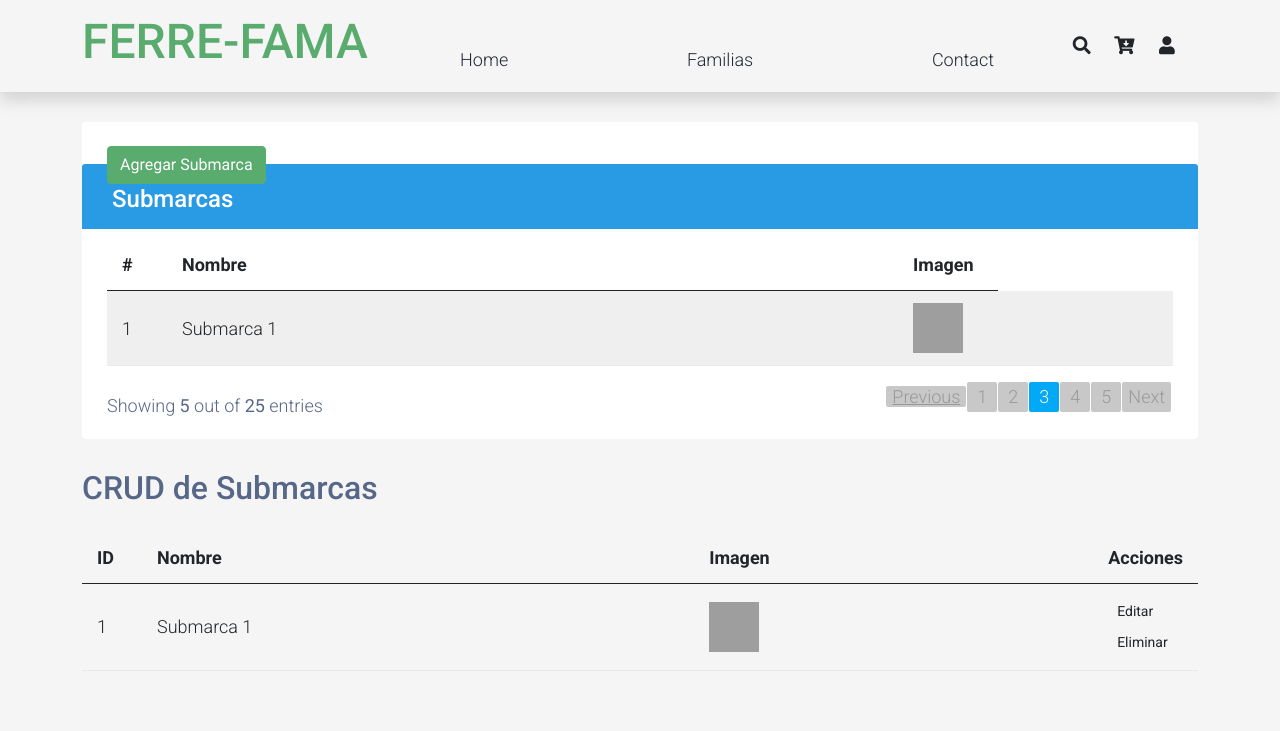
Repository: Yaqode/front-fama
Page: http://localhost/multimedia/Views/marcas.php
An editor plug-in stored every save of this project. The page is shown before and after a run of saves, followed by the edit.
The browser window is 1280 px wide. The pictures show the whole page.
Pictures or frames that could not be fetched are drawn as grey boxes. The page is run by PHP 8.4 with error messages shown; the project is at /var/www/html/.

Above is the page before, as saved 2023-12-07 11:15:50.

### Views/marcas.php
<!DOCTYPE html>
<html lang="es">

<head>
    <meta charset="UTF-8">
    <meta name="viewport" content="width=device-width, initial-scale=1.0">
    <title>Marcas</title>
    <link rel="apple-touch-icon" href="img/apple-icon.png">
    <link rel="shortcut icon" type="image/x-icon" href="img/favicon.ico">
    <link rel="stylesheet" href="./../css/bootstrap.min.css">
    <link rel="stylesheet" href="./../css/templatemo.css">
    <link rel="stylesheet" href="./../css/style.css">
    <!-- Load fonts style after rendering the layout styles -->
    <link rel="stylesheet"
        href="https://fonts.googleapis.com/css2?family=Roboto:wght@100;200;300;400;500;700;900&display=swap">
    <link rel="stylesheet" href="./../css/fontawesome.min.css">

</head>

<style>
    body {
        color: #566787;
        background: #f5f5f5;
        font-family: 'Varela Round', sans-serif;
        font-size: 13px;
    }
    .table-responsive {
        margin: 30px 0;
    }
    .table-wrapper {
        min-width: 1000px;
        background: #fff;
        padding: 20px 25px;
        border-radius: 3px;
        box-shadow: 0 1px 1px rgba(0,0,0,.05);
    }
    .table-title {
        padding-bottom: 15px;
        background: #299be4;
        color: #fff;
        padding: 16px 30px;
        margin: -20px -25px 10px;
        border-radius: 3px 3px 0 0;
    }
    .table-title h2 {
        margin: 5px 0 0;
        font-size: 24px;
    }
    .table-title .btn {
        color: #566787;
        float: right;
        font-size: 13px;
        background: #fff;
        border: none;
        min-width: 50px;
        border-radius: 2px;
        border: none;
        outline: none !important;
        margin-left: 10px;
    }
    .table-title .btn:hover, .table-title .btn:focus {
        color: #566787;
        background: #f2f2f2;
    }
    .table-title .btn i {
        float: left;
        font-size: 21px;
        margin-right: 5px;
    }
    .table-title .btn span {
        float: left;
        margin-top: 2px;
    }
    table.table tr th, table.table tr td {
        border-color: #e9e9e9;
        padding: 12px 15px;
        vertical-align: middle;
    }
    table.table tr th:first-child {
        width: 60px;
    }
    table.table tr th:last-child {
        width: 100px;
    }
    table.table-striped tbody tr:nth-of-type(odd) {
        background-color: #fcfcfc;
    }
    table.table-striped.table-hover tbody tr:hover {
        background: #f5f5f5;
    }
    table.table th i {
        font-size: 13px;
        margin: 0 5px;
        cursor: pointer;
    }
    table.table td:last-child i {
        opacity: 0.9;
        font-size: 22px;
        margin: 0 5px;
    }
    table.table td a {
        font-weight: bold;
        color: #566787;
        display: inline-block;
        text-decoration: none;
    }
    table.table td a:hover {
        color: #2196F3;
    }
    table.table td a.settings {
        color: #2196F3;
    }
    table.table td a.delete {
        color: #F44336;
    }
    table.table td i {
        font-size: 19px;
    }
    table.table .avatar {
        border-radius: 50%;
        vertical-align: middle;
        margin-right: 10px;
    }
    .status {
        font-size: 30px;
        margin: 2px 2px 0 0;
        display: inline-block;
        vertical-align: middle;
        line-height: 10px;
    }
    .text-success {
        color: #10c469;
    }
    .text-info {
        color: #62c9e8;
    }
    .text-warning {
        color: #FFC107;
    }
    .text-danger {
        color: #ff5b5b;
    }
    .pagination {
        float: right;
        margin: 0 0 5px;
    }
    .pagination li a {
        border: none;
        font-size: 13px;
        min-width: 30px;
        min-height: 30px;
        color: #999;
        margin: 0 2px;
        line-height: 30px;
        border-radius: 2px !important;
        text-align: center;
        padding: 0 6px;
    }
    .pagination li a:hover {
        color: #666;
    }
    .pagination li.active a, .pagination li.active a.page-link {
        background: #03A9F4;
    }
    .pagination li.active a:hover {
        background: #0397d6;
    }
    .pagination li.disabled i {
        color: #ccc;
    }
    .pagination li i {
        font-size: 16px;
        padding-top: 6px
    }
    .hint-text {
        float: left;
        margin-top: 10px;
        font-size: 13px;
    }
</style>

<!-- Header -->
<nav class="navbar navbar-expand-lg navbar-light shadow">
    <div class="container d-flex justify-content-between align-items-center">

        <a class="navbar-brand text-success logo h1 align-self-center" href="index.html">
            FERRE-FAMA
        </a>

        <button class="navbar-toggler border-0" type="button" data-bs-toggle="collapse"
            data-bs-target="#templatemo_main_nav" aria-controls="navbarSupportedContent" aria-expanded="false"
            aria-label="Toggle navigation">
            <span class="navbar-toggler-icon"></span>
        </button>

        <div class="align-self-center collapse navbar-collapse flex-fill  d-lg-flex justify-content-lg-between"
            id="templatemo_main_nav">
            <div class="flex-fill">
                <ul class="nav navbar-nav d-flex justify-content-between mx-lg-auto">
                    <li class="nav-item">
                        <a class="nav-link" href="">Home</a>
                    </li>
                    <li class="nav-item">
                        <a class="nav-link" href="">Familias</a>
                    </li>
                    <li class="nav-item">
                        <a class="nav-link" href="">Contact</a>
                    </li>
                </ul>
            </div>
            <div class="navbar align-self-center d-flex">
                <div class="d-lg-none flex-sm-fill mt-3 mb-4 col-7 col-sm-auto pr-3">
                    <div class="input-group">
                        <input type="text" class="form-control" id="inputMobileSearch" placeholder="Search ...">
                        <div class="input-group-text">
                            <i class="fa fa-fw fa-search"></i>
                        </div>
                    </div>
                </div>
                <a class="nav-icon d-none d-lg-inline" href="#" data-bs-toggle="modal"
                    data-bs-target="#templatemo_search">
                    <i class="fa fa-fw fa-search text-dark mr-2"></i>
                </a>
                <a class="nav-icon position-relative text-decoration-none" href="">
                    <i class="fa fa-fw fa-cart-arrow-down text-dark mr-1"></i>
                    <span
                        class="position-absolute top-0 left-100 translate-middle badge rounded-pill bg-light text-dark"></span>
                </a>
                <a class="nav-icon position-relative text-decoration-none" href="Views/login.php">
                    <i class="fa fa-fw fa-user text-dark mr-3"></i>
                    <span
                        class="position-absolute top-0 left-100 translate-middle badge rounded-pill bg-light text-dark"></span>
                </a>
            </div>
        </div>

    </div>
</nav>
<!-- Close Header -->


<div class="container-xl">
    <div class="table-responsive">
        <div class="table-wrapper">
            <!-- Botón para abrir el modal de agregar submarca -->
            <button type="button" class="btn btn-success text-white mt-1" data-bs-toggle="modal"
                data-bs-target="#modalSubmarca">
                Agregar Submarca
            </button>
            <div class="table-title">

                <div class="row">
                    <div class="col-sm-5">
                        <h2>Submarcas</h2>
                    </div>
                </div>
            </div>
            <table class="table table-striped table-hover">
                <thead>
                    <tr>
                        <th>#</th>
                        <th>Nombre</th>
                        <th>Imagen</th>
                    </tr>
                </thead>
                <tbody>
                    <tr>
                        <td>1</td>
                        <td>Submarca 1</td>
                        <!-- La columna de la imagen puede contener una etiqueta img -->
                        <td><img src="ruta_de_la_imagen/submarca1.jpg" alt="" style="width: 50px; height: 50px;"></td>
                        <td>
                    </tr>

                </tbody>
            </table>
            <div class="clearfix">
                <div class="hint-text">Showing <b>5</b> out of <b>25</b> entries</div>
                <ul class="pagination">
                    <li class="page-item disabled"><a href="#">Previous</a></li>
                    <li class="page-item"><a href="#" class="page-link">1</a></li>
                    <li class="page-item"><a href="#" class="page-link">2</a></li>
                    <li class="page-item active"><a href="#" class="page-link">3</a></li>
                    <li class="page-item"><a href="#" class="page-link">4</a></li>
                    <li class="page-item"><a href="#" class="page-link">5</a></li>
                    <li class="page-item"><a href="#" class="page-link">Next</a></li>
                </ul>
            </div>
        </div>
    </div>
</div>


<div class="container">
    <h2 class="mb-4">CRUD de Submarcas</h2>



    <!-- Tabla para mostrar las submarcas -->
    <table class="table">
        <thead>
            <tr>
                <th>ID</th>
                <th>Nombre</th>
                <th>Imagen</th>
                <th>Acciones</th>
            </tr>
        </thead>
        <tbody>
            <!-- Aquí se agregarán las filas de submarcas dinámicamente desde el servidor -->
            <tr>
                <td>1</td>
                <td>Submarca 1</td>
                <!-- La columna de la imagen puede contener una etiqueta img -->
                <td><img src="ruta_de_la_imagen/submarca1.jpg" alt="" style="width: 50px; height: 50px;"></td>
                <td>
                    <!-- Botones para editar y eliminar cada submarca -->
                    <button type="button" class="btn btn-editar btn-sm" data-toggle="modal"
                        data-target="#modalEditarSubmarca">
                        Editar
                    </button>
                    <button type="button" class="btn btn-eliminar btn-sm" data-toggle="modal"
                        data-target="#modalEliminarSubmarca">
                        Eliminar
                    </button>
                </td>
            </tr>
        </tbody>
    </table>
</div>

<!-- Modal para agregar submarca -->
<div class="modal fade" id="modalSubmarca" tabindex="-1" aria-labelledby="exampleModalLabel" aria-hidden="true">
    <div class="modal-dialog modal-lg">
        <div class="modal-content">
            <div class="modal-header">
                <h1 class="modal-title fs-5" id="exampleModalLabel">Agregar Submarca</h1>
                <button type="button" class="btn-close" data-bs-dismiss="modal" aria-label="Close"></button>
            </div>
            <div class="modal-body">
                <!-- Formulario para agregar submarca -->
                <form id="submarcaForm">
                    <div class="mb-3 d-flex justify-content-center align-items-center">
                        <label for="marcaSelect" class="form-label me-3">Marca:</label>
                        <select class="form-select me-3" id="marcaSelect" required>
                            <option value="marca1">Marca 1</option>
                            <option value="marca2">Marca 2</option>
                            <!-- Agrega más opciones según sea necesario -->
                        </select>
                        <button type="button" class="btn btn-success" data-bs-toggle="modal"
                            data-bs-target="#modalAgregarMarca">
                            Agregar Modal Marca
                        </button>
                    </div>
                    <div class="mb-3">
                        <label for="submarcaInput" class="form-label">Nombre de la Submarca:</label>
                        <input type="text" class="form-control" id="submarcaInput" required>
                    </div>
                    <div class="mb-3">
                        <label for="logoInput" class="form-label">Agregar Logo:</label>
                        <input type="file" class="form-control" id="logoInput" accept="image/*">
                    </div>
                </form>
            </div>
            <div class="modal-footer">
                <button type="button" class="btn btn-secondary" data-bs-dismiss="modal">Cerrar</button>
                <button type="button" class="btn btn-primary" onclick="guardarSubmarca()">Guardar</button>
            </div>
        </div>
    </div>
</div>

<!-- Modal para editar submarca -->
<div class="modal fade" id="modalEditarSubmarca" tabindex="-1" role="dialog" aria-labelledby="modalEditarSubmarcaLabel"
    aria-hidden="true">
    <div class="modal-dialog modal-lg">
        <div class="modal-content">
            <div class="modal-header">
                <h1 class="modal-title fs-5" id="exampleModalLabel">Agregar Submarca</h1>
                <button type="button" class="btn-close" data-bs-dismiss="modal" aria-label="Close"></button>
            </div>
            <div class="modal-body">
                <!-- Formulario para agregar submarca -->
                <form id="submarcaForm">
                    <div class="mb-3 d-flex justify-content-center align-items-center">
                        <label for="marcaSelect" class="form-label me-3">Marca:</label>
                        <select class="form-select me-3" id="marcaSelect" required>
                            <option value="marca1">Marca 1</option>
                            <option value="marca2">Marca 2</option>
                            <!-- Agrega más opciones según sea necesario -->
                        </select>
                        <button type="button" class="btn btn-success" data-bs-toggle="modal"
                            data-bs-target="#modalAgregarMarca">
                            Agregar Modal Marca
                        </button>
                    </div>
                    <div class="mb-3">
                        <label for="submarcaInput" class="form-label">Nombre de la Submarca:</label>
                        <input type="text" class="form-control" id="submarcaInput" required>
                    </div>
                    <div class="mb-3">
                        <label for="logoInput" class="form-label">Agregar Logo:</label>
                        <input type="file" class="form-control" id="logoInput" accept="image/*">
                    </div>
                </form>
            </div>
            <div class="modal-footer">
                <button type="button" class="btn btn-secondary" data-bs-dismiss="modal">Cerrar</button>
                <button type="button" class="btn btn-primary" onclick="guardarSubmarca()">Guardar</button>
            </div>
        </div>
    </div>
</div>

<!-- Modal para eliminar submarca -->
<div class="modal fade" id="modalEliminarSubmarca" tabindex="-1" role="dialog"
    aria-labelledby="modalEliminarSubmarcaLabel" aria-hidden="true">
    <!-- Contenido del modal aquí -->
</div>





<!-- Agrega los enlaces a Bootstrap JS y Popper.js -->
<script src="./../js/jquery-1.11.0.min.js"></scrip>
<script src="./../js/jquery-migrate-1.2.1.min.js"></script>
<script src="./../js/bootstrap.bundle.min.js"></script>
<script src="./../js/templatemo.js"></script>
<script src="./../js/custom.js"></script>


</body>

</html>

### css/templatemo.css
/*

TemplateMo 559 Zay Shop

https://templatemo.com/tm-559-zay-shop

---------------------------------------------
Table of contents
------------------------------------------------
1. Typography
2. General
3. Nav
4. Hero Carousel
5. Accordion
6. Shop
7. Product
8. Carousel Hero
9. Carousel Brand
10. Services
11. Contact map
12. Footer
13. Small devices (landscape phones, 576px and up)
14. Medium devices (tablets, 768px and up)
15. Large devices (desktops, 992px and up)
16. Extra large devices (large desktops, 1200px and up)
--------------------------------------------- */




/* Typography */
body, ul, li, p, a, label, input, div {
  font-family: 'Roboto', sans-serif;
  font-size: 18px !important;
  font-weight: 300 !important;
}
.h1 {
  font-family: 'Roboto', sans-serif;
  font-size: 48px !important;
  font-weight: 200 !important;
}
.h2 {
  font-family: 'Roboto', sans-serif;
  font-size: 30px !important;
  font-weight: 300;
}
.h3 {
  font-family: 'Roboto', sans-serif;
  font-size: 22px !important;
}
/* General */
.logo { font-weight: 500 !important;}
.text-warning {  color: #ede861 !important;}
.text-muted { color: #bcbcbc !important;}
.text-success { color: #59ab6e !important;}
.text-light { color: #cfd6e1 !important;}
.bg-dark { background-color: #212934 !important;}
.bg-light { background-color: #e9eef5 !important;}
.bg-black { background-color: #1d242d !important;}
.bg-success { background-color: #59ab6e !important;}
.btn-success {
  background-color: #59ab6e !important;
  border-color: #56ae6c !important;
}
.pagination .page-link:hover {color: #000;}
.pagination .page-link:hover, .pagination .page-link.active {
  background-color: #69bb7e;
  color: #fff;
}
/* Nav */
#templatemo_nav_top { min-height: 40px;}
#templatemo_nav_top * { font-size: .9em !important;}
#templatemo_main_nav a { color: #212934;}
#templatemo_main_nav a:hover { color: #69bb7e;}
#templatemo_main_nav .navbar .nav-icon { margin-right: 20px;}

/* Hero Carousel */
#template-mo-zay-hero-carousel { background: #efefef !important;}
/* Accordion */
.templatemo-accordion a { color: #000;}
.templatemo-accordion a:hover { color: #333d4a;}
/* Shop */
.shop-top-menu a:hover { color: #69bb7e !important;}
/* Product */
.product-wap { box-shadow: 0px 5px 10px 0px rgba(0, 0, 0, 0.10);}
.product-wap .product-color-dot.color-dot-red { background:#f71515;}
.product-wap .product-color-dot.color-dot-blue { background:#6db4fe;}
.product-wap .product-color-dot.color-dot-black { background:#000000;}
.product-wap .product-color-dot.color-dot-light { background:#e0e0e0;}
.product-wap .product-color-dot.color-dot-green { background:#0bff7e;}
.card.product-wap .card .product-overlay {
  background: rgba(0,0,0,.2);
  visibility: hidden;
  opacity: 0;
  transition: .3s;
}
.card.product-wap:hover .card .product-overlay {
  visibility: visible;
  opacity: 1;
}
.card.product-wap a { color: #000;}
#carousel-related-product .slick-slide:focus { outline: none !important;}
#carousel-related-product .slick-dots li button:before {
  font-size: 15px;
  margin-top: 20px;
}
/* Brand */
.brand-img {
  filter: grayscale(100%);
  opacity: 0.5;
  transition: .5s;
}
.brand-img:hover {
  filter: grayscale(0%);
  opacity: 1;
}
/* Carousel Hero */
#template-mo-zay-hero-carousel .carousel-indicators li {
  margin-top: -50px;
  background-color: #59ab6e;
}
#template-mo-zay-hero-carousel .carousel-control-next i,
#template-mo-zay-hero-carousel .carousel-control-prev i {
  color: #59ab6e !important;
  font-size: 2.8em !important;
}
/* Carousel Brand */
.tempaltemo-carousel .h1 {
  font-size: .5em !important;
  color: #000 !important;
}
/* Services */
.services-icon-wap {transition: .3s;}
.services-icon-wap:hover, .services-icon-wap:hover i {color: #fff;}
.services-icon-wap:hover {background: #69bb7e;}
/* Contact map */
.leaflet-control a, .leaflet-control { font-size: 10px !important;}
.form-control { border: 1px solid #e8e8e8;}
/* Footer */
#tempaltemo_footer a { color: #dcdde1;}
#tempaltemo_footer a:hover { color: #68bb7d;}
#tempaltemo_footer ul.footer-link-list li { padding-top: 10px;}
#tempaltemo_footer ul.footer-icons li {
  width: 2.6em;
  height: 2.6em;
  line-height: 2.6em;
}
#tempaltemo_footer ul.footer-icons li:hover {
  background-color: #cfd6e1;
  transition: .5s;
}
#tempaltemo_footer ul.footer-icons li:hover i {
  color: #212934;
  transition: .5s;
}
#tempaltemo_footer .border-light { border-color: #2d343f !important;}
/*
// Extra small devices (portrait phones, less than 576px)
// No media query since this is the default in Bootstrap
*/
/* Small devices (landscape phones, 576px and up)*/
.product-wap .h3, .product-wap li, .product-wap i, .product-wap p {
  font-size: 12px !important;
}
.product-wap .product-color-dot {
  width: 6px;
  height: 6px;
}

@media (min-width: 576px) {
  .tempaltemo-carousel .h1 { font-size: 1em !important;}
}

/*// Medium devices (tablets, 768px and up)*/
@media (min-width: 768px) {
  #templatemo_main_nav .navbar-nav {max-width: 450px;}
 }

/* Large devices (desktops, 992px and up)*/
@media (min-width: 992px) {
  #templatemo_main_nav .navbar-nav {max-width: 550px;}
  #template-mo-zay-hero-carousel .carousel-item {min-height: 30rem !important;}
  .product-wap .h3, .product-wap li, .product-wap i, .product-wap p {font-size: 18px !important;}
  .product-wap .product-color-dot {
    width: 12px;
    height: 12px;
  }
}

/* Extra large devices (large desktops, 1200px and up)*/
@media (min-width: 1200px) {}

Loaded but not shown: css/bootstrap.min.css (library); css/fontawesome.min.css (library); js/jquery-1.11.0.min.js (library); js/bootstrap.bundle.min.js (library); js/templatemo.js (57 lines, source omitted); css/style.css (1719 lines, source omitted); multimedia/js/custom.js (no stored copy; drawn as an empty file)

After the next 6 saves:
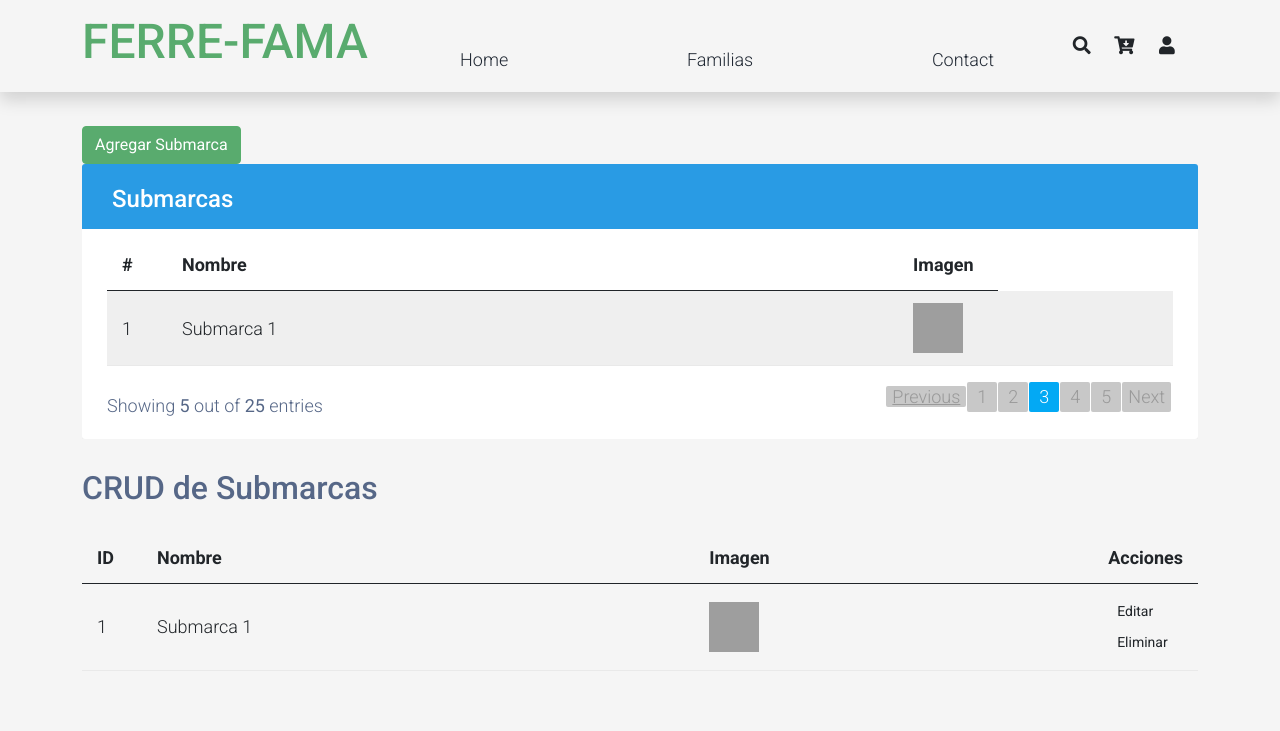
The 6 saves are shown as one change because they came seconds apart.
The last was saved 51 s later.
--- a/Views/marcas.php
+++ b/Views/marcas.php
@@ -241,14 +241,13 @@
 
 <div class="container-xl">
     <div class="table-responsive">
-        <div class="table-wrapper">
-            <!-- Botón para abrir el modal de agregar submarca -->
-            <button type="button" class="btn btn-success text-white mt-1" data-bs-toggle="modal"
+        <!-- Botón para abrir el modal de agregar submarca -->
+        <button type="button" class="btn btn-success text-white mt-1" data-bs-toggle="modal"
                 data-bs-target="#modalSubmarca">
                 Agregar Submarca
             </button>
+        <div class="table-wrapper">
             <div class="table-title">
-
                 <div class="row">
                     <div class="col-sm-5">
                         <h2>Submarcas</h2>
